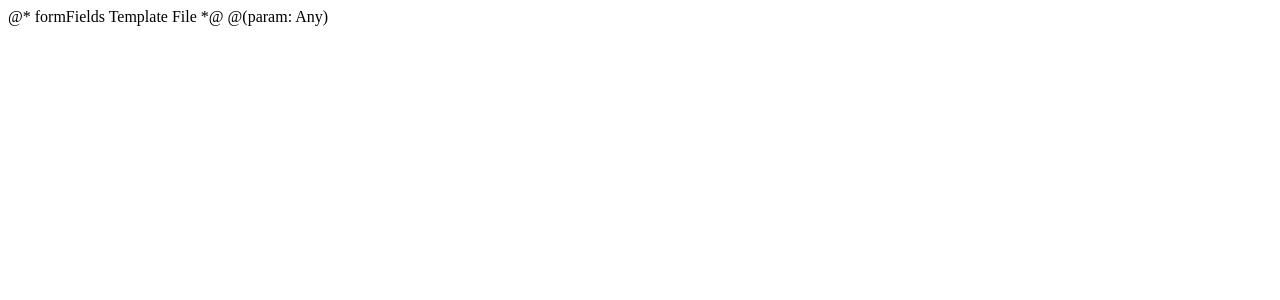
Repository: mlvhub/Learning
Page: Scala/Play!/UserAdmin/app/views/users/formFields.scala.html
The author's editor kept a copy of each file at every save. The page is drawn from the files as they stood at one save, then again after the next save.
The browser window is 1280 px wide. The pictures show the whole page.

Above is the page before, as saved 2013-12-31 22:11:09.

After the next save:
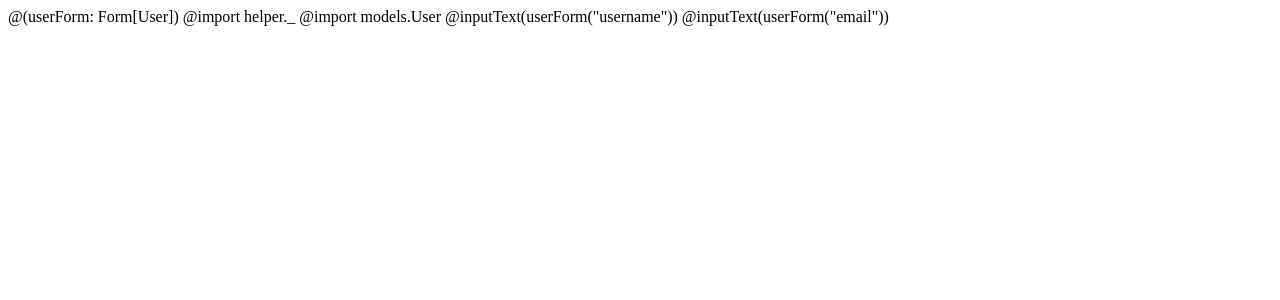
Saved 5 s later.
--- a/Scala/Play!/UserAdmin/app/views/users/formFields.scala.html
+++ b/Scala/Play!/UserAdmin/app/views/users/formFields.scala.html
@@ -1,2 +1,7 @@
-@* formFields Template File *@
-@(param: Any)
+@(userForm: Form[User])
+
+@import helper._
+@import models.User
+
+@inputText(userForm("username"))
+@inputText(userForm("email"))
